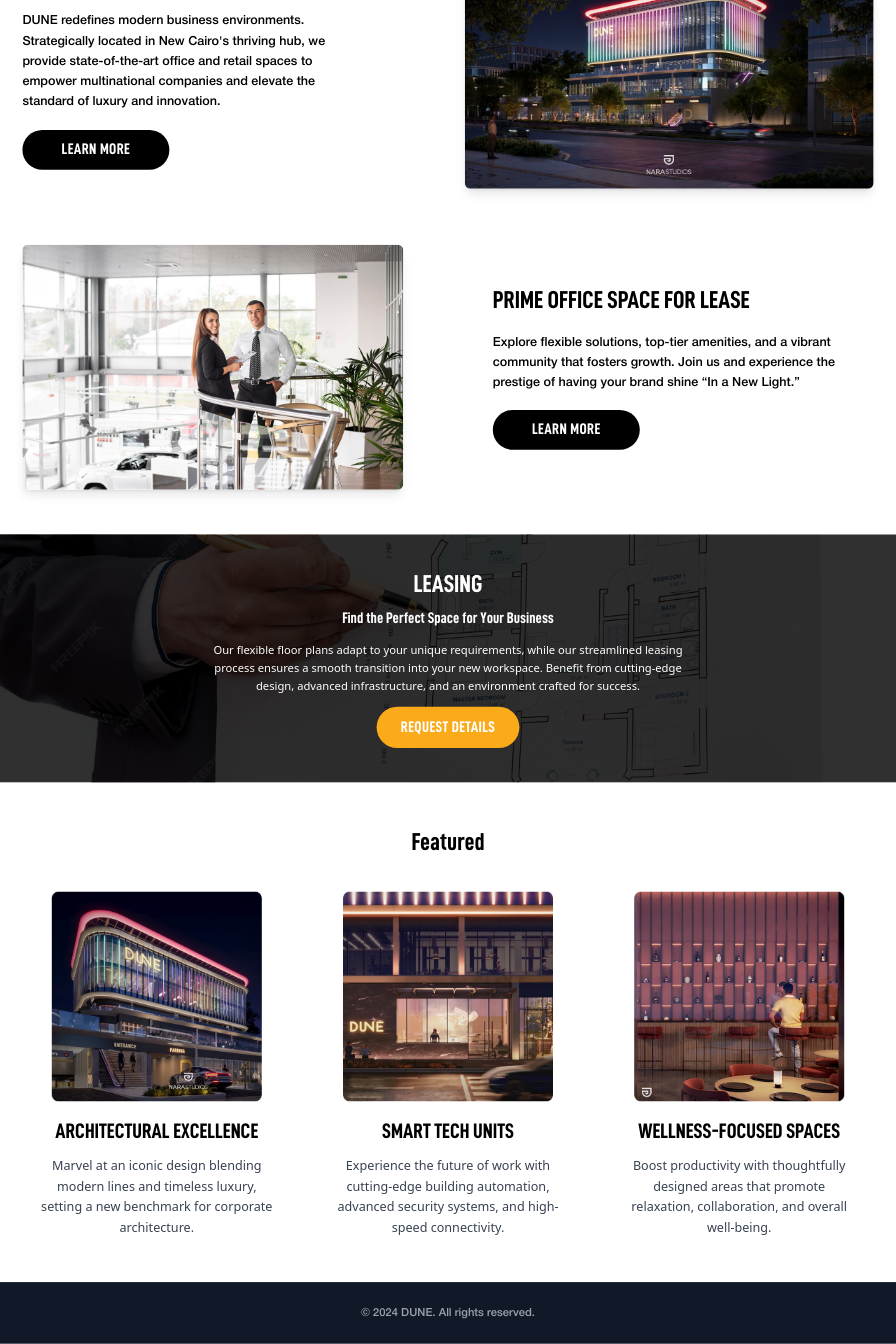
Repository: ahmedassr5765/dune
Page: index.html
These files come from the project's save history. The page is drawn as it stood at one moment and after a run of saves; the edit follows.
The browser window is 1280 px wide. The pictures show the part of the page from y = 1341 to 3261 px (the page is 3261 px tall), at 70% of full size.
Some web libraries are served in a nearby version.

Above is the page before, as saved 2025-07-12 18:59:05.

### index.html
<!DOCTYPE html>
<html lang="en" dir="ltr">
<head>
    <meta charset="UTF-8">
    <meta name="viewport" content="width=device-width, initial-scale=1.0">
    <title>DUNE</title>

    <!-- Google Fonts -->
    <link rel="preconnect" href="https://fonts.googleapis.com">
    <link rel="preconnect" href="https://fonts.gstatic.com" crossorigin>
    <link href="https://fonts.googleapis.com/css2?family=DM+Serif+Display:ital@0;1&display=swap" rel="stylesheet">

    <!-- Local Fonts -->
    <style>
        @font-face {
            font-family: 'D-DIN Condensed';
            src: url('./Fonts/D-DINCondensed-Bold.otf') format('opentype');
            font-weight: 700;
            font-style: normal;
        }

        @font-face {
            font-family: 'Helvetica Neue';
            src: url('./Fonts/HelveticaNeueMedium.otf') format('opentype');
            font-weight: 400;
            font-style: normal;
        }
    </style>

    <!-- TailwindCSS -->
    <script src="https://cdn.tailwindcss.com"></script>

    <!-- TailwindCSS Configuration -->
    <script>
        tailwind.config = {
            theme: {
                extend: {
                    fontFamily: {
                        'ddin': ['D-DIN Condensed', 'sans-serif'],
                        'helvetica': ['Helvetica Neue', 'sans-serif'],
                        'dm-serif': ['DM Serif Display', 'serif'],
                    }
                }
            }
        }
    </script>

    <!-- Custom Styles -->
    <style>
        /* RTL Support */
        [dir="rtl"] {
            text-align: right;
        }

        [dir="rtl"] .header-container {
            flex-direction: row-reverse;
        }

        [dir="rtl"] .logo {
            order: 3;
            margin-left: 0;
            margin-right: 0;
        }

        [dir="rtl"] .nav-items {
            order: 2;
            flex-direction: row;
            margin-left: 0;
            margin-right: 0;
            flex: 1;
            justify-content: center;
        }

        [dir="rtl"] .lang-toggle {
            order: 1;
            margin-left: 0;
            margin-right: 0;
        }

        [dir="rtl"] .nav-items a {
            margin-left: 0;
            margin-right: 0;
        }

        /* Language Toggle Button */
        .lang-toggle {
            transition: all 0.3s ease;
        }

        .lang-toggle:hover {
            transform: scale(1.05);
        }

        /* Navigation Active State */
        .nav-active {
            color: #f59e0b;
        }

        /* RTL Animation */
        .rtl-transition {
            transition: all 0.5s ease;
        }

        /* Black Top Bar */
        .top-bar {
            background-color: #000000;
            height: 63px;
        }
    </style>
</head>
<body class="font-helvetica bg-gray-50 rtl-transition">
    <!-- Black Top Bar -->
    <div class="top-bar"></div>

    <!-- Header -->
    <header class="max-w-[1440px] mx-auto bg-white shadow-sm">
        <div class="max-w-8xl mx-auto px-4 border-[#E5E5E5] border-2 sm:px-6 lg:px-8">
            <div class="flex justify-between items-center py-6 header-container">
                <div class="flex items-center logo">
                    <a href="#" class="flex items-center">
                        <img src="/images/logo.svg" alt="DUNE" class="h-8 w-auto">
                    </a>
                </div>
                <nav class="hidden md:flex space-x-20 nav-items">
                    <a href="#" class="text-black hover:text-[#FBAA19] px-3 py-2 text-[24px] font-ddin transition-colors duration-200 nav-link" data-en="HOME" data-ar="الرئيسية">HOME</a>
                    <a href="#" class="text-black hover:text-[#FBAA19] px-3 py-2 text-[24px] font-ddin transition-colors duration-200 nav-link" data-en="ABOUT US" data-ar="معلومات عنا">ABOUT US</a>
                    <a href="#" class="text-black hover:text-[#FBAA19] px-3 py-2 text-[24px] font-ddin transition-colors duration-200 nav-link" data-en="LEASING" data-ar="الإيجار">LEASING</a>
                    <a href="#" class="text-black hover:text-[#FBAA19] px-3 py-2 text-[24px] font-ddin transition-colors duration-200 nav-link" data-en="AMENITIES" data-ar="الخدمات">AMENITIES</a>
                    <a href="#" class="text-black hover:text-[#FBAA19] px-3 py-2 text-[24px] font-ddin transition-colors duration-200 nav-link" data-en="CONTACT US" data-ar="اتصل بنا">CONTACT US</a>
                </nav>
                <div class="flex items-center lang-toggle">
                    <button id="languageToggle" class="bg-black text-white px-4 py-2 text-[28px] font-normal font-dm-serif hover:bg-gray-800 transition-colors duration-200 focus:outline-none focus:ring-2 focus:ring-gray-500 focus:ring-offset-2 rounded-[5px]">
                        En
                    </button>
                </div>
            </div>
        </div>
    </header>

    <!-- Hero Section -->
    <section class="max-w-[1440px] mx-auto relative h-[1024px] bg-cover bg-center bg-no-repeat" style="background-image: url('/images/hero.png');">

        <!-- Text Content Container with Overlay -->
        <div class="absolute bottom-0 left-0 right-0 z-10 h-[350px]">
            <!-- Text Background Overlay -->
            <div class="absolute inset-0" style="background-color: #000000A8;"></div>

            <!-- Text Content -->
            <div class="relative z-20 max-w-7xl mx-auto px-4 sm:px-6 lg:px-8 pb-[90px] pt-[55px] h-full flex flex-col justify-end">
                <div class="">
                    <!-- Main Heading -->
                    <h1 class="text-white font-bold font-ddin mb-4 leading-tight hero-title drop-shadow-lg"
                        style="font-size: 26px; max-width: 741px;"
                        data-en="A premier luxury destination for global brands in the heart of New Cairo."
                        data-ar="وجهة فاخرة ومتميزة للعلامات التجارية العالمية في قلب القاهرة الجديدة.">
                        A premier luxury destination for global brands in the heart of New Cairo.
                    </h1>

                    <!-- Subtitle -->
                    <p class="text-white mb-8 leading-relaxed hero-subtitle font-[300px] font-sans text-[22px] w-[1100px]"
                       data-en="Discover a new era of workspace excellence—where innovation, convenience, and exclusivity converge. Step into DUNE to experience a visionary environment designed for today's most ambitious enterprises."
                       data-ar="اكتشف عصرًا جديدًا من التميز في مساحات العمل، حيث تلتقي الابتكارات والراحة والحصرية. تفضل بزيارة DUNE لتجربة بيئة عمل واعدة مصممة خصيصًا للشركات الأكثر طموحًا في عصرنا.">
                        Discover a new era of workspace excellence—where innovation, convenience, and exclusivity converge. Step into DUNE to experience a visionary environment designed for today's most ambitious enterprises.
                    </p>

                    <!-- CTA Button -->
                    <button class="bg-[#FBAA19] hover:bg-[#e09915] text-white py-[17px] px-[43px] rounded-full text-[20px] transition-colors duration-300 uppercase tracking-wide hero-cta font-ddin"
                            data-en="SCHEDULE A TOUR"
                            data-ar="جدولة جولة">
                        SCHEDULE A TOUR
                    </button>
                </div>
            </div>
        </div>

        <!-- Bottom Logo/Branding -->
        <div class="absolute bottom-8 right-8 z-30">
            <div class="text-white text-xs opacity-60 drop-shadow-md">
                <span class="hero-brand font-ddin" data-en="NARA STUDIOS" data-ar="استوديوهات نارا">NARA STUDIOS</span>
            </div>
        </div>

    </section>

    <!-- Welcome to DUNE Section -->
    <section class="max-w-[1440px] mx-auto bg-white py-16">
        <div class="max-w-7xl mx-auto px-4 sm:px-6 lg:px-8">

            <!-- Welcome to DUNE Block -->
            <div class="grid md:grid-cols-2 gap-12 items-center mb-20">
                <!-- Text Content -->
                <div class="space-y-6">
                    <h2 class="text-black font-bold font-ddin text-[35px] leading-tight welcome-title"
                        data-en="WELCOME TO DUNE"
                        data-ar="مرحباً بكم في DUNE">
                        WELCOME TO DUNE
                    </h2>

                    <p class="text-black text-[18px] max-w-[470px] font-normal leading-relaxed font-helvetica welcome-desc"
                       data-en="DUNE redefines modern business environments. Strategically located in New Cairo's thriving hub, we provide state-of-the-art office and retail spaces to empower multinational companies and elevate the standard of luxury and innovation."
                       data-ar="يُعيد &quot;DUNE&quot; تعريف بيئات الأعمال العصرية. بموقعه الاستراتيجي في قلب القاهرة الجديدة النابض بالحياة، نوفر مساحات مكتبية وتجارية متطورة تُمكّن الشركات متعددة الجنسيات من تحقيق نموّ متسارع، وترتقي بمستوى الفخامة والابتكار.">
                        DUNE redefines modern business environments. Strategically located in New Cairo's thriving hub, we provide state-of-the-art office and retail spaces to empower multinational companies and elevate the standard of luxury and innovation.
                    </p>

                    <button class="bg-black hover:bg-gray-800 text-white py-[12px] px-[56px] rounded-full text-[22px] font-bold transition-colors duration-300 uppercase tracking-wide welcome-cta font-ddin"
                            data-en="LEARN MORE"
                            data-ar="اعرف المزيد">
                        LEARN MORE
                    </button>
                </div>

                <!-- Image -->
                <div class="relative">
                    <img src="/images/welcome.png" alt="DUNE Building" class="w-[600px] h-[350px] object-cover rounded-lg shadow-lg">
                </div>
            </div>

            <!-- Prime Office Space Block -->
            <div class="grid md:grid-cols-2 gap-[128px] items-center">
                <!-- Image -->
                <div class="relative order-2 md:order-1">
                    <img src="/images/office.png" alt="Office Interior" class="w-[600px] h-[350px] object-cover rounded-lg shadow-lg">
                </div>

                <!-- Text Content -->
                <div class="space-y-6 order-1 md:order-2">
                    <h2 class="text-black font-bold font-ddin text-[35px] leading-tight office-title"
                        data-en="PRIME OFFICE SPACE FOR LEASE"
                        data-ar="مساحات مكتبية متميزة للإيجار">
                        PRIME OFFICE SPACE FOR LEASE
                    </h2>

                    <p class="text-black text-[18px] max-w-[498px] font-normal leading-relaxed font-helvetica office-desc"
                       data-en="Explore flexible solutions, top-tier amenities, and a vibrant community that fosters growth. Join us and experience the prestige of having your brand shine &quot;In a New Light.&quot;"
                       data-ar="استكشف حلولاً مرنة، ومرافق فاخرة، ومجتمعًا نابضًا بالحياة يُعزز النمو
                       . انضم إلينا واختبر روعة علامتك التجارية التي تتألق &quot;في ضوء جديد&quot;.">
                       Explore flexible solutions, top-tier amenities, and a vibrant community
                       that fosters growth. Join us and experience the prestige
                       of having your brand shine “In a New Light.”
                    </p>

                    <button class="bg-black hover:bg-gray-800 text-white py-[12px] px-[56px] rounded-full text-[22px] font-bold transition-colors duration-300 uppercase tracking-wide office-cta font-ddin"
                            data-en="LEARN MORE"
                            data-ar="اعرف المزيد">
                        LEARN MORE
                    </button>
                </div>
            </div>

        </div>
    </section>

    <!-- Leasing Section -->
    <section class="max-w-[1440px] mx-auto relative h-[354px] bg-cover bg-center bg-no-repeat" style="background-image: url('/images/leasing.png');">

        <!-- Dark Overlay -->
        <div class="absolute inset-0" style="background-color: #000000CF;"></div>

        <!-- Content -->
        <div class="relative z-10 h-full flex flex-col justify-center items-center text-center px-4 sm:px-6 lg:px-8">
            <div class="max-w-4xl mx-auto">
                <!-- Main Heading -->
                <h2 class="text-white font-bold font-ddin text-[35px] mb-[14px] leading-tight leasing-title"
                    data-en="LEASING"
                    data-ar="التأجير">
                    LEASING
                </h2>

                <!-- Subheading -->
                <h3 class="text-white font-bold font-ddin text-[22px] mb-[17px] leading-tight leasing-subtitle"
                    data-en="Find the Perfect Space for Your Business"
                    data-ar="اعثر على المساحة المثالية لعملك">
                    Find the Perfect Space for Your Business
                </h3>

                <!-- Description -->
                <p class="text-white text-[16px] leading-relaxed font-normal font-sans mb-[17px] max-w-[689px] mx-auto leasing-desc"
                   data-en="Our flexible floor plans adapt to your unique requirements, while our streamlined leasing process ensures a smooth transition into your new workspace. Benefit from cutting-edge design, advanced infrastructure, and an environment crafted for success."
                   data-ar="تتكيف مخططات الأرضيات المرنة لدينا مع متطلباتك الفريدة، بينما تضمن عملية التأجير المبسطة لدينا انتقالاً سلساً إلى مساحة العمل الجديدة. استفد من التصميم المتطور والبنية التحتية المتقدمة والبيئة المصممة للنجاح.">
                    Our flexible floor plans adapt to your unique requirements, while our streamlined leasing process ensures a smooth transition into your new workspace. Benefit from cutting-edge design, advanced infrastructure, and an environment crafted for success.
                </p>

                <!-- CTA Button -->
                <button class="bg-[#FBAA19] hover:bg-[#e09915] text-white py-[13px] px-[34px] rounded-full text-[22px] font-bold transition-colors duration-300 uppercase tracking-wide leasing-cta font-ddin"
                        data-en="REQUEST DETAILS"
                        data-ar="طلب التفاصيل">
                    REQUEST DETAILS
                </button>
            </div>
        </div>

    </section>

    <!-- Featured Section -->
    <section class="max-w-[1440px] mx-auto bg-white py-16">
        <div class="max-w-7xl mx-auto px-4 sm:px-6 lg:px-8">

            <!-- Main Heading -->
            <div class="text-center mb-12">
                <h2 class="text-black font-bold font-ddin text-[35px] leading-tight featured-main-title"
                    data-en="Featured"
                    data-ar="مميز">
                    Featured
                </h2>
            </div>

            <!-- Featured Grid -->
            <div class="grid md:grid-cols-3 gap-8">

                <!-- Featured Item 1 -->
                <div class="text-center">
                    <div class="relative overflow-hidden rounded-lg mb-6">
                        <img src="/images/featured.png" alt="Architectural Excellence" class="w-[300px] h-[300px] object-cover mx-auto">
                    </div>
                    <h3 class="text-black font-bold font-ddin text-[30px] mb-4 leading-tight featured-title-1"
                        data-en="ARCHITECTURAL EXCELLENCE"
                        data-ar="التميز المعماري">
                        ARCHITECTURAL EXCELLENCE
                    </h3>
                    <p class="text-gray-700 text-[18px] leading-relaxed font-sans max-w-[338px] mx-auto featured-desc-1"
                       data-en="Marvel at an iconic design blending modern lines and timeless luxury, setting a new benchmark for corporate architecture."
                       data-ar="استمتع بتصميم أيقوني يمزج بين الخطوط الحديثة والفخامة الخالدة، مما يضع معياراً جديداً للعمارة المؤسسية.">
                        Marvel at an iconic design blending modern lines and timeless luxury, setting a new benchmark for corporate architecture.
                    </p>
                </div>

                <!-- Featured Item 2 -->
                <div class="text-center">
                    <div class="relative overflow-hidden rounded-lg mb-6">
                        <img src="/images/featured-2.png" alt="Smart Tech Units" class="w-[300px] h-[300px] object-cover mx-auto">
                    </div>
                    <h3 class="text-black font-bold font-ddin text-[30px] mb-4 leading-tight featured-title-2"
                        data-en="SMART TECH UNITS"
                        data-ar="وحدات التكنولوجيا الذكية">
                        SMART TECH UNITS
                    </h3>
                    <p class="text-gray-700 text-[18px] leading-relaxed font-sans max-w-[338px] mx-auto featured-desc-2"
                       data-en="Experience the future of work with cutting-edge building automation, advanced security systems, and high-speed connectivity."
                       data-ar="اختبر مستقبل العمل مع أتمتة المباني المتطورة وأنظمة الأمان المتقدمة والاتصال عالي السرعة.">
                        Experience the future of work with cutting-edge building automation, advanced security systems, and high-speed connectivity.
                    </p>
                </div>

                <!-- Featured Item 3 -->
                <div class="text-center">
                    <div class="relative overflow-hidden rounded-lg mb-6">
                        <img src="/images/featured-3.png" alt="Wellness-Focused Spaces" class="w-[300px] h-[300px] object-cover mx-auto">
                    </div>
                    <h3 class="text-black font-bold font-ddin text-[30px] mb-4 leading-tight featured-title-3"
                        data-en="WELLNESS-FOCUSED SPACES"
                        data-ar="المساحات المركزة على العافية">
                        WELLNESS-FOCUSED SPACES
                    </h3>
                    <p class="text-gray-700 text-[18px] leading-relaxed font-sans max-w-[338px] mx-auto featured-desc-3"
                       data-en="Boost productivity with thoughtfully designed areas that promote relaxation, collaboration, and overall well-being."
                       data-ar="عزز الإنتاجية مع المناطق المصممة بعناية التي تعزز الاسترخاء والتعاون والرفاهية العامة.">
                        Boost productivity with thoughtfully designed areas that promote relaxation, collaboration, and overall well-being.
                    </p>
                </div>

            </div>

        </div>
    </section>

    <!-- Footer -->
    <footer class="bg-gray-900 text-white">
        <div class="max-w-7xl mx-auto px-4 sm:px-6 lg:px-8 py-8">
            <div class="text-center">
                <p class="text-gray-400 footer-text" data-en="&copy; 2024 DUNE. All rights reserved." data-ar="&copy; 2024 ديون. جميع الحقوق محفوظة.">&copy; 2024 DUNE. All rights reserved.</p>
            </div>
        </div>
    </footer>

    <!-- External JavaScript -->
    <script src="index.js"></script>
</body>
</html>

Loaded but not shown: index.js (172 lines, source omitted)

After the next 2 saves:
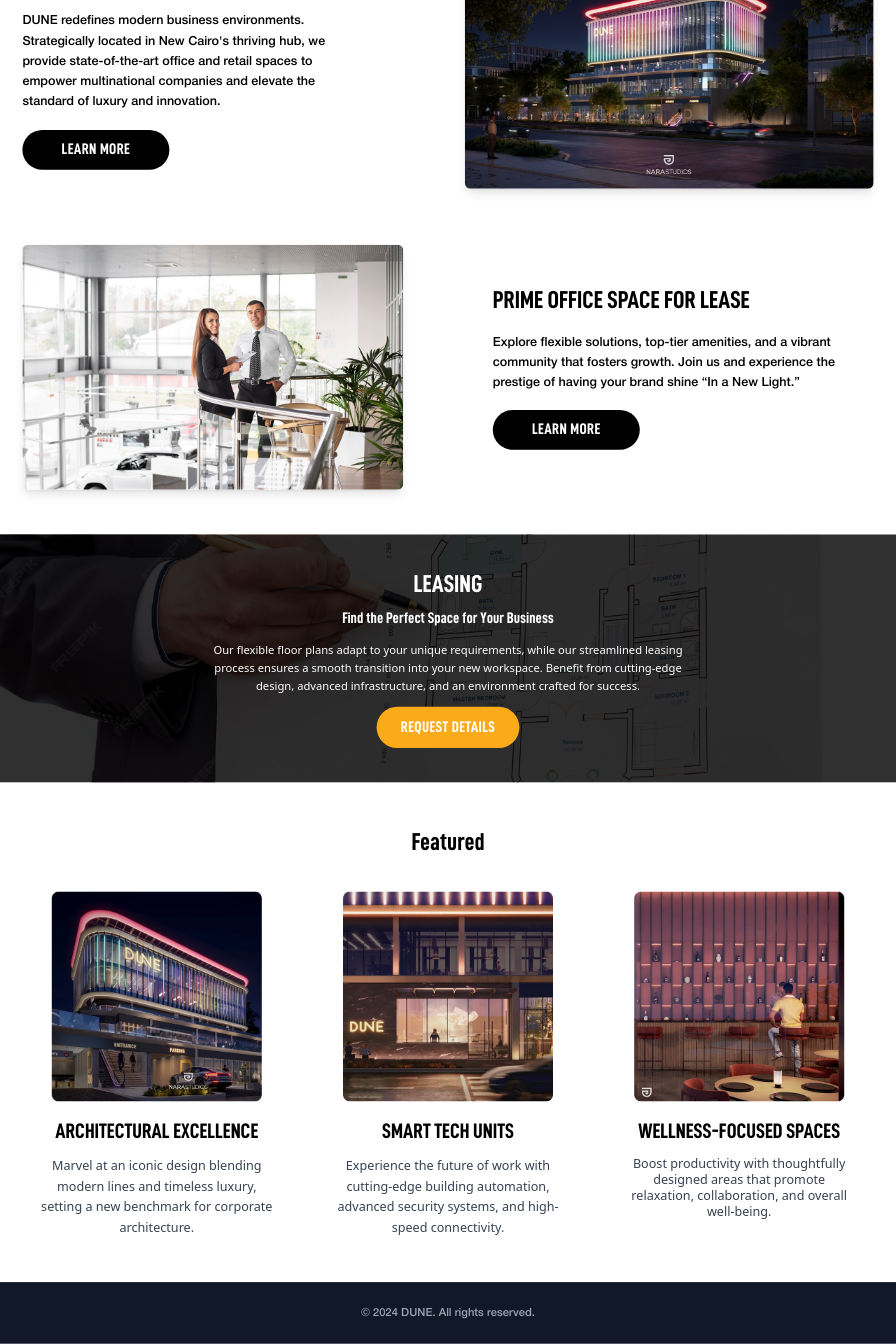
The 2 saves are shown as one change because they came seconds apart.
The last was saved 29 s later.
--- a/index.html
+++ b/index.html
@@ -351,7 +351,7 @@
                         data-ar="المساحات المركزة على العافية">
                         WELLNESS-FOCUSED SPACES
                     </h3>
-                    <p class="text-gray-700 text-[18px] leading-relaxed font-sans max-w-[338px] mx-auto featured-desc-3"
+                    <p class="text-gray-700 text-[18px] leading-tight font-sans max-w-[338px] mx-auto featured-desc-3"
                        data-en="Boost productivity with thoughtfully designed areas that promote relaxation, collaboration, and overall well-being."
                        data-ar="عزز الإنتاجية مع المناطق المصممة بعناية التي تعزز الاسترخاء والتعاون والرفاهية العامة.">
                         Boost productivity with thoughtfully designed areas that promote relaxation, collaboration, and overall well-being.
